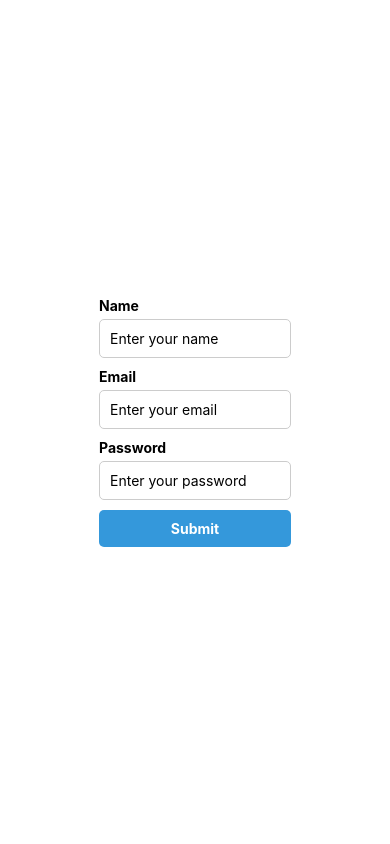
Repository: sweety-124/hse-apps
Screen: /
The author's editor kept a copy of each file at every save. The screen is drawn from the files as they stood at one save, then again after the next save.
The app was drawn by React Native's web renderer in a window 390 px wide. The project was rebuilt for these pictures with package versions that can differ from the ones it lists, and the page was loaded fresh each time.

Above is the screen before, as saved 2023-02-28 12:32:18.

After the next save:
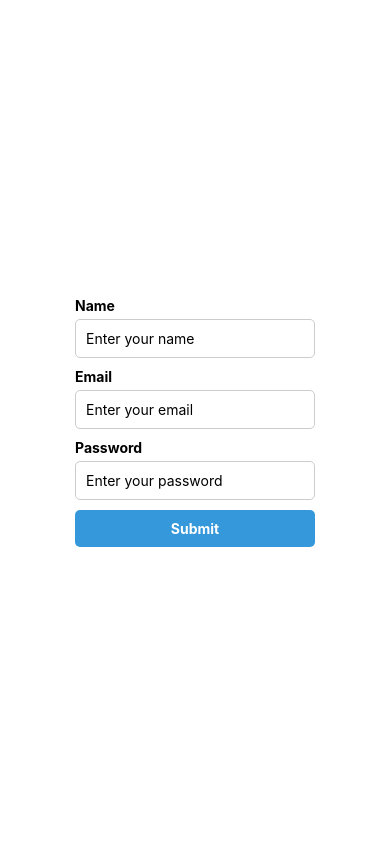
Saved 50 s later.
--- a/components/form.tsx
+++ b/components/form.tsx
@@ -66,7 +66,7 @@
     backgroundColor: '#fff',
   },
   form: {
-    width: '80%',
+    width: '100%',
   },
   label: {
     fontWeight: 'bold',

After the save that followed:
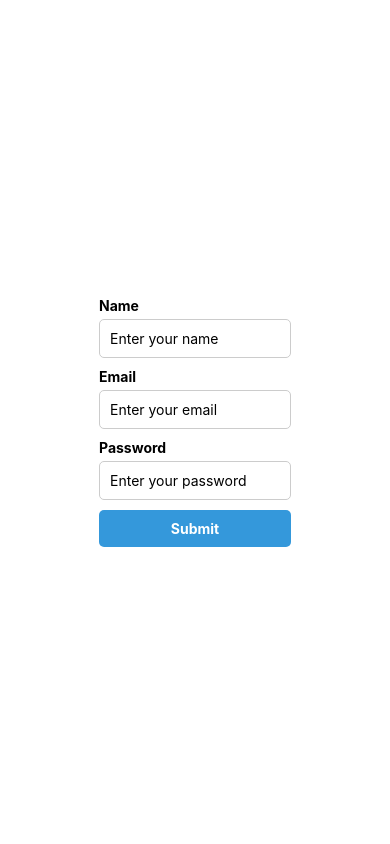
Saved 53 s later.
--- a/components/form.tsx
+++ b/components/form.tsx
@@ -66,7 +66,7 @@
     backgroundColor: '#fff',
   },
   form: {
-    width: '100%',
+    width: '80%',
   },
   label: {
     fontWeight: 'bold',
@@ -77,6 +77,7 @@
     borderColor: '#ccc',
     borderRadius: 5,
     marginBottom: 10,
+    minWidth:'80%',
     padding: 10,
   },
   button: {
